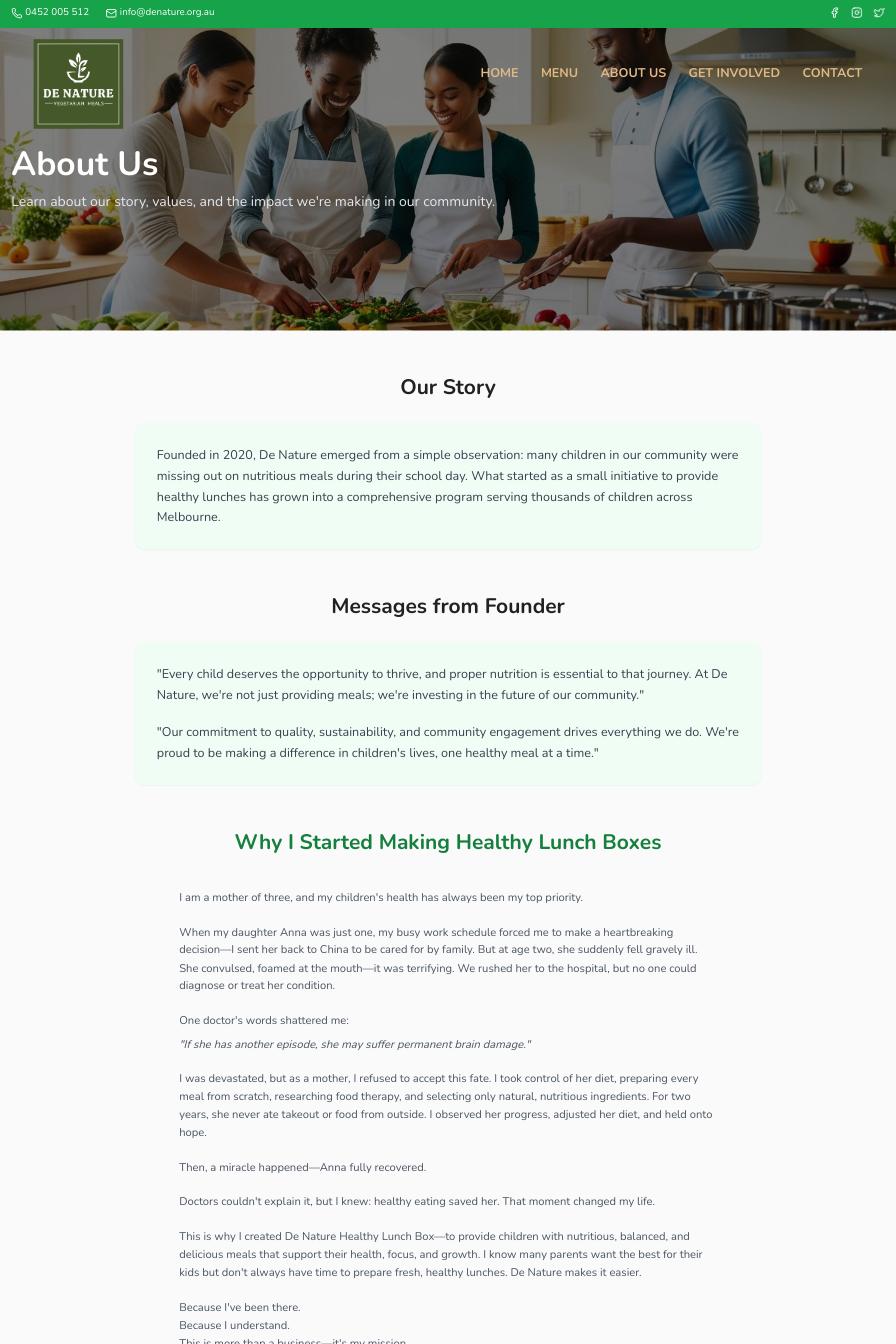
Repository: sunnyyan01/denature-website
Page: /about
These files come from the project's save history. The page is drawn as it stood at one moment and after the next save; the edit follows.
The browser window is 1280 px wide. The pictures show the part of the page from y = 0 to 1920 px (the page is 3072 px tall), at 70% of full size.
The project was rebuilt for these pictures with package versions that can differ from the ones it lists, and the page was loaded fresh each time. The framework's server and built-in components were replaced by stand-ins that run in the browser. Also part of the build but not shown: next.config.js.

Above is the page before, as saved 2025-05-14 20:59:20.

### src/app/layout.tsx
import type { Metadata } from "next";
import { Inter, Poppins } from "next/font/google";
import "./globals.css";
import Navbar from "@/components/Navbar";
import Footer from "@/components/Footer";
import { Phone, Mail, Facebook, Instagram, Twitter } from "lucide-react";

const inter = Inter({
  subsets: ["latin"],
  variable: '--font-inter',
});

const poppins = Poppins({
  weight: ['400', '500', '600', '700'],
  subsets: ['latin'],
  variable: '--font-poppins',
});

export const metadata: Metadata = {
  title: "DE NATURE - Sydney Lunch Program",
  description: "Providing nutritious meals to children in need across Sydney",
  verification: {
    google: "OqLlSQNFE1spUS93SXK13pK8N_CO4S7m2l7H1rPvJmY",
  },
  icons: {
    icon: '/favicon.ico',
    shortcut: '/favicon.ico',
  },
};

export default function RootLayout({
  children,
}: {
  children: React.ReactNode;
}) {
  return (
    <html lang="en">
      <body className={`${inter.variable} ${poppins.variable} font-sans bg-background text-text`}>
        {/* Social Info Bar - Fixed at top */}
        <div className="fixed top-0 left-0 right-0 z-50 bg-green-600">
          <div className="container mx-auto px-4 py-2">
            <div className="flex items-center justify-between text-sm">
              <div className="flex items-center space-x-6">
                <a href="tel:0452005512" className="text-white hover:text-primaryLight transition-colors group relative">
                  <Phone className="w-4 h-4 inline-block mr-1" />
                  0452 005 512
                  <span className="absolute -bottom-6 left-0 bg-black/80 text-white text-xs px-2 py-1 rounded opacity-0 group-hover:opacity-100 transition-opacity whitespace-nowrap">
                    Call Us
                  </span>
                </a>
                <a href="mailto:info@denature.org.au?v=2" className="text-white hover:text-primaryLight transition-colors group relative">
                  <Mail className="w-4 h-4 inline-block mr-1" />
                  info@denature.org.au
                  <span className="absolute -bottom-6 left-0 bg-black/80 text-white text-xs px-2 py-1 rounded opacity-0 group-hover:opacity-100 transition-opacity whitespace-nowrap">
                    Email Us
                  </span>
                </a>
              </div>
              <div className="flex items-center space-x-4">
                <a href="#" className="text-white hover:text-primaryLight transition-colors group relative">
                  <Facebook className="w-4 h-4" />
                  <span className="absolute -bottom-6 left-0 bg-black/80 text-white text-xs px-2 py-1 rounded opacity-0 group-hover:opacity-100 transition-opacity whitespace-nowrap">
                    Facebook
                  </span>
                </a>
                <a href="#" className="text-white hover:text-primaryLight transition-colors group relative">
                  <Instagram className="w-4 h-4" />
                  <span className="absolute -bottom-6 left-0 bg-black/80 text-white text-xs px-2 py-1 rounded opacity-0 group-hover:opacity-100 transition-opacity whitespace-nowrap">
                    Instagram
                  </span>
                </a>
                <a href="#" className="text-white hover:text-primaryLight transition-colors group relative">
                  <Twitter className="w-4 h-4" />
                  <span className="absolute -bottom-6 left-0 bg-black/80 text-white text-xs px-2 py-1 rounded opacity-0 group-hover:opacity-100 transition-opacity whitespace-nowrap">
                    Twitter
                  </span>
                </a>
              </div>
            </div>
          </div>
        </div>

        {/* Navigation and Content */}
        <div className="relative">
          <Navbar />
          <main>
            {children}
          </main>
        </div>

        <Footer />
      </body>
    </html>
  );
}

### src/app/about/page.tsx
import Image from 'next/image';

export default function AboutPage() {
  return (
    <main className="min-h-screen">
      {/* Hero Section */}
      <section className="relative h-[60vh]">
        <div className="absolute inset-0">
          <Image
            src="/about-hero.jpg"
            alt="About Us Hero"
            fill
            className="object-cover"
            priority
          />
          <div className="absolute inset-0 bg-black/50"></div>
        </div>
        <div className="relative container mx-auto px-4 h-full flex items-center">
          <div className="max-w-3xl text-white space-y-4">
            <h1 className="text-5xl font-bold font-heading">About Us</h1>
            <p className="text-xl text-gray-200">
              Learn about our story, values, and the impact we're making in our community.
            </p>
          </div>
        </div>
      </section>

      {/* Main Content */}
      <div className="container mx-auto px-4 py-16">
        <div className="max-w-4xl mx-auto">
          {/* Our Story Section */}
          <section className="mb-16">
            <h2 className="text-3xl font-bold mb-8 text-center">Our Story</h2>
            <div className="bg-[#F0FDF4] p-8 rounded-lg shadow-sm">
              <p className="text-lg text-gray-700 leading-relaxed">
                Founded in 2020, De Nature emerged from a simple observation: many children in our community were missing out on nutritious meals during their school day. What started as a small initiative to provide healthy lunches has grown into a comprehensive program serving thousands of children across Melbourne.
              </p>
            </div>
          </section>

          {/* Messages from Founder Section */}
          <section className="mb-16">
            <h2 className="text-3xl font-bold mb-8 text-center">Messages from Founder</h2>
            <div className="bg-[#F0FDF4] p-8 rounded-lg shadow-sm">
              <p className="text-lg text-gray-700 leading-relaxed mb-6">
                "Every child deserves the opportunity to thrive, and proper nutrition is essential to that journey. At De Nature, we're not just providing meals; we're investing in the future of our community."
              </p>
              <p className="text-lg text-gray-700 leading-relaxed">
                "Our commitment to quality, sustainability, and community engagement drives everything we do. We're proud to be making a difference in children's lives, one healthy meal at a time."
              </p>
            </div>
          </section>

          {/* Why I Started Section */}
          <section className="mb-16">
            <div className="container mx-auto px-4">
              <h2 className="text-3xl font-bold text-center mb-12 text-green-700">
                Why I Started Making Healthy Lunch Boxes
              </h2>
              <div className="max-w-3xl mx-auto text-gray-600 space-y-6">
                <p>
                  I am a mother of three, and my children's health has always been my top priority.
                </p>
                <p>
                  When my daughter Anna was just one, my busy work schedule forced me to make a heartbreaking decision—I sent her back to China to be cared for by family. But at age two, she suddenly fell gravely ill. She convulsed, foamed at the mouth—it was terrifying. We rushed her to the hospital, but no one could diagnose or treat her condition.
                </p>
                <p>
                  One doctor's words shattered me:
                  <span className="block italic mt-2">"If she has another episode, she may suffer permanent brain damage."</span>
                </p>
                <p>
                  I was devastated, but as a mother, I refused to accept this fate. I took control of her diet, preparing every meal from scratch, researching food therapy, and selecting only natural, nutritious ingredients. For two years, she never ate takeout or food from outside. I observed her progress, adjusted her diet, and held onto hope.
                </p>
                <p>
                  Then, a miracle happened—Anna fully recovered.
                </p>
                <p>
                  Doctors couldn't explain it, but I knew: healthy eating saved her. That moment changed my life.
                </p>
                <p>
                  This is why I created De Nature Healthy Lunch Box—to provide children with nutritious, balanced, and delicious meals that support their health, focus, and growth. I know many parents want the best for their kids but don't always have time to prepare fresh, healthy lunches. De Nature makes it easier.
                </p>
                <p>
                  Because I've been there.
                  <br />
                  Because I understand.
                  <br />
                  This is more than a business—it's my mission.
                </p>
              </div>
            </div>
          </section>

          {/* Sydney Lunch Program Section */}
          <section className="py-16 bg-white">
            <div className="container mx-auto px-4">
              <h2 className="text-3xl font-bold text-center mb-12 text-green-700">
                Sydney Lunch Program – Providing Nutritional and Delicious Meals for Children
              </h2>
              <div className="max-w-3xl mx-auto space-y-8">
                <div>
                  <h3 className="text-xl font-semibold mb-4 text-green-700">Project Overview:</h3>
                  <p>
                    In Sydney, many children from low-income and refugee families struggle to access balanced and diverse meals due to the high cost of living. We aim to provide these children with healthy, delicious lunches, helping them stay focused on learning and activities.
                  </p>
                </div>

                <div>
                  <h3 className="text-xl font-semibold mb-4 text-green-700">Our Goal:</h3>
                  <ul className="list-disc pl-6 space-y-2">
                    <li>To provide low-income, refugee, and special education school children with nutritious, varied, and delicious meals.</li>
                    <li>By offering diverse meals, we aim to improve children's physical health and academic performance.</li>
                  </ul>
                </div>

                <div>
                  <h3 className="text-xl font-semibold mb-4 text-green-700">Target Groups:</h3>
                  <ul className="list-disc pl-6 space-y-2">
                    <li>Children from low-income families</li>
                    <li>Children from refugee families</li>
                    <li>Special education students</li>
                  </ul>
                </div>

                <div>
                  <h3 className="text-xl font-semibold mb-4 text-green-700">How You Can Help:</h3>
                  <ul className="list-disc pl-6 space-y-2">
                    <li><span className="font-semibold">Donate Vegetables and Ingredients:</span> We invite organizations to donate fresh vegetables and food supplies to help us provide nutritious meals for children.</li>
                    <li><span className="font-semibold">Volunteer:</span> Join our team of volunteers and contribute your time and effort to support the program.</li>
                    <li><span className="font-semibold">Spread the Word:</span> Share the project to help us reach more supporters and participants.</li>
                  </ul>
                </div>

                <p className="text-center font-semibold mt-8">
                  Your support can make a lasting impact on these children's future!
                </p>
              </div>
            </div>
          </section>
        </div>
      </div>
    </main>
  );
}

### src/app/globals.css
@import url('https://fonts.googleapis.com/css2?family=Nunito:wght@300;400;500;600;700&display=swap');

@tailwind base;
@tailwind components;
@tailwind utilities;

:root {
  /* 主色调 */
  --color-primary: #4A7C59;      /* 深绿色 */
  --color-primary-light: #6B9B7D; /* 浅绿色 */
  --color-primary-lighter: #E8F3ED; /* 最浅绿色 */

  /* 中性色 */
  --color-neutral-50: #FAFAFA;
  --color-neutral-100: #F5F5F5;
  --color-neutral-200: #EEEEEE;
  --color-neutral-300: #E0E0E0;
  --color-neutral-400: #BDBDBD;
  --color-neutral-500: #9E9E9E;
  --color-neutral-600: #757575;
  --color-neutral-700: #616161;
  --color-neutral-800: #424242;
  --color-neutral-900: #212121;

  /* 强调色 */
  --color-accent: #F5B971;       /* 温暖的米色 */
  --color-accent-light: #F9D5A7; /* 浅米色 */

  /* 功能色 */
  --color-success: #4CAF50;
  --color-warning: #FFC107;
  --color-error: #F44336;

  /* 字体 */
  --font-primary: 'Nunito', sans-serif;

  /* 间距 */
  --spacing-xs: 0.25rem;   /* 4px */
  --spacing-sm: 0.5rem;    /* 8px */
  --spacing-md: 1rem;      /* 16px */
  --spacing-lg: 1.5rem;    /* 24px */
  --spacing-xl: 2rem;      /* 32px */
  --spacing-2xl: 3rem;     /* 48px */
  --spacing-3xl: 4rem;     /* 64px */

  /* 圆角 */
  --radius-sm: 0.25rem;    /* 4px */
  --radius-md: 0.5rem;     /* 8px */
  --radius-lg: 1rem;       /* 16px */
  --radius-full: 9999px;

  /* 阴影 */
  --shadow-sm: 0 1px 2px 0 rgb(0 0 0 / 0.05);
  --shadow-md: 0 4px 6px -1px rgb(0 0 0 / 0.1);
  --shadow-lg: 0 10px 15px -3px rgb(0 0 0 / 0.1);
}

@layer base {
  html {
    font-family: var(--font-primary);
    color: var(--color-neutral-900);
    background-color: var(--color-neutral-50);
  }

  h1, h2, h3, h4, h5, h6 {
    font-weight: 700;
    line-height: 1.2;
  }

  h1 {
    font-size: 2.5rem; /* 40px */
    @screen md {
      font-size: 3.5rem; /* 56px */
    }
  }

  h2 {
    font-size: 2rem; /* 32px */
    @screen md {
      font-size: 2.5rem; /* 40px */
    }
  }

  h3 {
    font-size: 1.5rem; /* 24px */
    @screen md {
      font-size: 2rem; /* 32px */
    }
  }

  p {
    line-height: 1.6;
  }
}

@layer components {
  .container {
    @apply max-w-7xl mx-auto px-4 sm:px-6 lg:px-8;
  }

  .btn {
    @apply inline-flex items-center justify-center px-6 py-3 rounded-lg font-semibold transition-colors duration-200;
  }

  .btn-primary {
    @apply bg-[var(--color-primary)] text-white hover:bg-[var(--color-primary-light)];
  }

  .btn-secondary {
    @apply bg-[var(--color-accent)] text-[var(--color-neutral-900)] hover:bg-[var(--color-accent-light)];
  }

  .btn-outline {
    @apply border-2 border-[var(--color-primary)] text-[var(--color-primary)] hover:bg-[var(--color-primary-lighter)];
  }

  .card {
    @apply bg-white rounded-lg shadow-md overflow-hidden;
  }

  .section {
    @apply py-16 md:py-24;
  }

  .section-title {
    @apply text-3xl md:text-4xl font-bold text-center mb-12;
  }

  .hero {
    @apply relative h-[80vh] md:h-screen flex items-center;
  }

  .hero-content {
    @apply relative z-10 text-center max-w-4xl mx-auto px-4;
  }

  .hero-image {
    @apply absolute inset-0 w-full h-full object-cover;
  }

  .hero-overlay {
    @apply absolute inset-0 bg-black/30;
  }
}

/* 自定义动画 */
@keyframes fadeIn {
  from {
    opacity: 0;
    transform: translateY(10px);
  }
  to {
    opacity: 1;
    transform: translateY(0);
  }
}

.animate-fade-in {
  animation: fadeIn 0.6s ease-out forwards;
}

/* 响应式图片容器 */
.image-container {
  @apply relative aspect-[4/3] md:aspect-[16/9] overflow-hidden rounded-lg;
}

.image-container img {
  @apply absolute inset-0 w-full h-full object-cover transition-transform duration-500;
}

.image-container:hover img {
  @apply scale-105;
}

/* 网格布局 */
.grid-auto-fit {
  @apply grid grid-cols-1 md:grid-cols-2 lg:grid-cols-3 gap-6 md:gap-8;
}

/* 文本样式 */
.text-gradient {
  @apply bg-clip-text text-transparent bg-gradient-to-r from-[var(--color-primary)] to-[var(--color-primary-light)];
}

.text-balance {
  text-wrap: balance;
}

/* 导航样式 */
.nav-link {
  @apply text-[var(--color-neutral-700)] hover:text-[var(--color-primary)] transition-colors duration-200;
}

.nav-link-active {
  @apply text-[var(--color-primary)] font-semibold;
}

/* 页脚样式 */
.footer {
  @apply bg-[var(--color-neutral-900)] text-white py-16;
}

.footer-title {
  @apply text-xl font-semibold mb-4;
}

.footer-link {
  @apply text-[var(--color-neutral-400)] hover:text-white transition-colors duration-200;
}

/* 表单样式 */
.form-input {
  @apply w-full px-4 py-2 rounded-lg border border-[var(--color-neutral-300)] focus:border-[var(--color-primary)] focus:ring-2 focus:ring-[var(--color-primary-lighter)] outline-none transition-colors duration-200;
}

.form-label {
  @apply block text-sm font-medium text-[var(--color-neutral-700)] mb-1;
}

/* 菜单卡片样式 */
.menu-card {
  @apply bg-white rounded-lg shadow-md overflow-hidden transition-transform duration-300 hover:shadow-lg hover:-translate-y-1;
}

.menu-card-image {
  @apply relative aspect-[4/3] w-full;
}

.menu-card-content {
  @apply p-6;
}

.menu-card-title {
  @apply text-xl font-semibold text-[var(--color-neutral-900)] mb-2;
}

.menu-card-description {
  @apply text-[var(--color-neutral-600)] text-sm;
}

/* 特色部分样式 */
.feature-grid {
  @apply grid grid-cols-1 md:grid-cols-2 lg:grid-cols-4 gap-8;
}

.feature-item {
  @apply text-center p-6;
}

.feature-icon {
  @apply w-16 h-16 mx-auto mb-4 text-[var(--color-primary)];
}

.feature-title {
  @apply text-lg font-semibold mb-2;
}

.feature-description {
  @apply text-[var(--color-neutral-600)];
}

### src/components/Footer.tsx
'use client';

export default function Footer() {
  const currentYear = new Date().getFullYear();

  return (
    <footer className="bg-green-600 text-white">
      <div className="border-t border-[#FFD700]/30 py-4">
        <div className="container mx-auto px-4">
          <div className="text-center text-sm text-white">
            <p>© 2025 DENATURE HEALTH LIMITED | ALL RIGHTS RESERVED</p>
            <p>ABN: 95685633694</p>
          </div>
        </div>
      </div>
    </footer>
  );
}

Loaded but not shown: tailwind.config.js (104 lines, source omitted); src/components/Navbar.tsx (232 lines, source omitted)

After the next save:
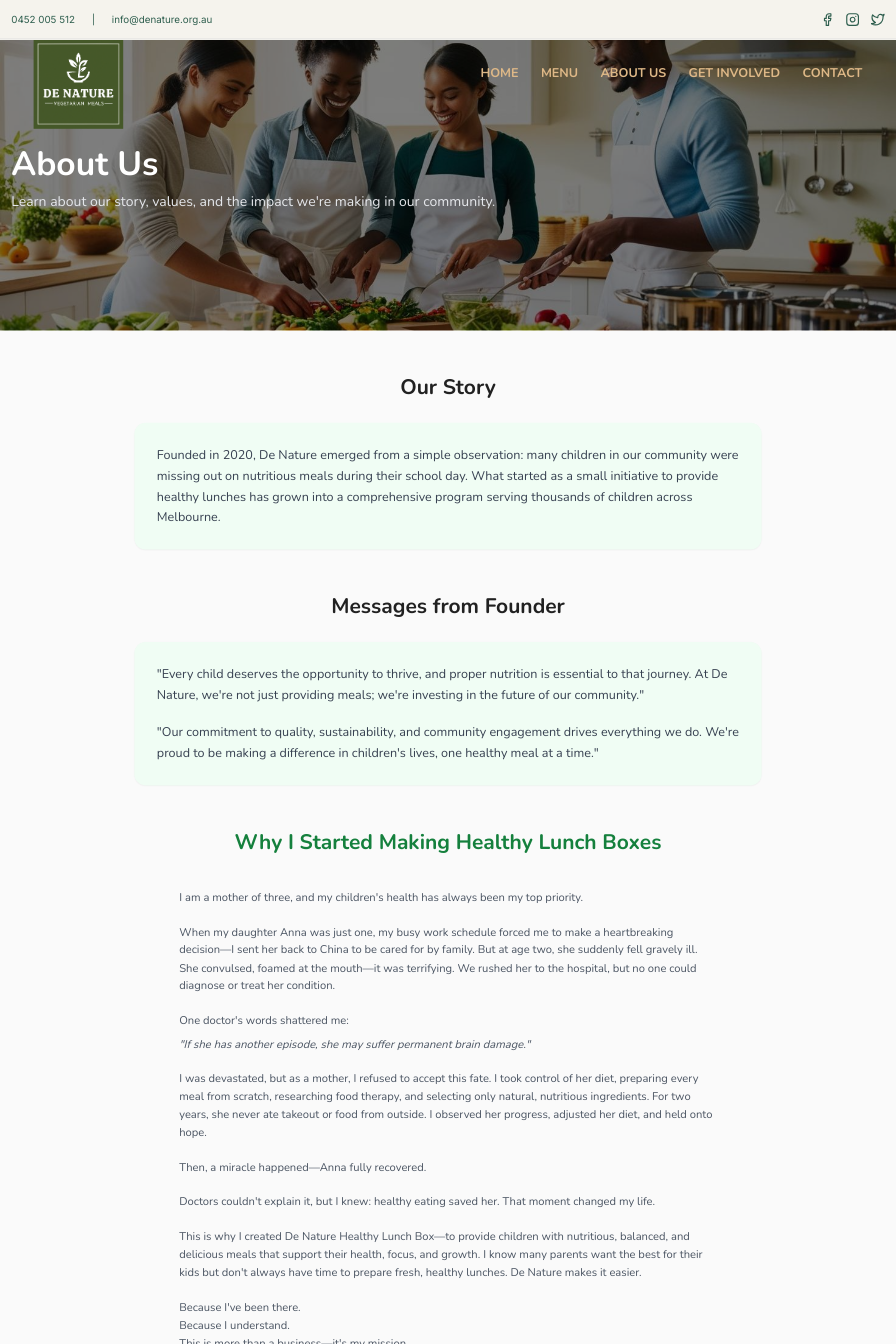
Saved 2 min 1 s later.
--- a/src/app/layout.tsx
+++ b/src/app/layout.tsx
@@ -3,7 +3,8 @@
 import "./globals.css";
 import Navbar from "@/components/Navbar";
 import Footer from "@/components/Footer";
-import { Phone, Mail, Facebook, Instagram, Twitter } from "lucide-react";
+import { Phone, Mail } from "lucide-react";
+import { FiFacebook, FiInstagram, FiTwitter } from 'react-icons/fi';
 
 const inter = Inter({
   subsets: ["latin"],
@@ -36,46 +37,34 @@
   return (
     <html lang="en">
       <body className={`${inter.variable} ${poppins.variable} font-sans bg-background text-text`}>
-        {/* Social Info Bar - Fixed at top */}
-        <div className="fixed top-0 left-0 right-0 z-50 bg-green-600">
-          <div className="container mx-auto px-4 py-2">
-            <div className="flex items-center justify-between text-sm">
-              <div className="flex items-center space-x-6">
-                <a href="tel:0452005512" className="text-white hover:text-primaryLight transition-colors group relative">
-                  <Phone className="w-4 h-4 inline-block mr-1" />
-                  0452 005 512
-                  <span className="absolute -bottom-6 left-0 bg-black/80 text-white text-xs px-2 py-1 rounded opacity-0 group-hover:opacity-100 transition-opacity whitespace-nowrap">
-                    Call Us
-                  </span>
-                </a>
-                <a href="mailto:info@denature.org.au?v=2" className="text-white hover:text-primaryLight transition-colors group relative">
-                  <Mail className="w-4 h-4 inline-block mr-1" />
-                  info@denature.org.au
-                  <span className="absolute -bottom-6 left-0 bg-black/80 text-white text-xs px-2 py-1 rounded opacity-0 group-hover:opacity-100 transition-opacity whitespace-nowrap">
-                    Email Us
-                  </span>
-                </a>
-              </div>
-              <div className="flex items-center space-x-4">
-                <a href="#" className="text-white hover:text-primaryLight transition-colors group relative">
-                  <Facebook className="w-4 h-4" />
-                  <span className="absolute -bottom-6 left-0 bg-black/80 text-white text-xs px-2 py-1 rounded opacity-0 group-hover:opacity-100 transition-opacity whitespace-nowrap">
-                    Facebook
-                  </span>
-                </a>
-                <a href="#" className="text-white hover:text-primaryLight transition-colors group relative">
-                  <Instagram className="w-4 h-4" />
-                  <span className="absolute -bottom-6 left-0 bg-black/80 text-white text-xs px-2 py-1 rounded opacity-0 group-hover:opacity-100 transition-opacity whitespace-nowrap">
-                    Instagram
-                  </span>
-                </a>
-                <a href="#" className="text-white hover:text-primaryLight transition-colors group relative">
-                  <Twitter className="w-4 h-4" />
-                  <span className="absolute -bottom-6 left-0 bg-black/80 text-white text-xs px-2 py-1 rounded opacity-0 group-hover:opacity-100 transition-opacity whitespace-nowrap">
-                    Twitter
-                  </span>
-                </a>
-              </div>
+        {/* 顶部社交信息栏 */}
+        <div
+          className="fixed top-0 left-0 right-0 z-50"
+          style={{
+            background: '#F5F3ED',
+            height: '56px',
+            borderBottom: '1px solid #E0E0E0',
+            fontFamily: "'Inter', 'Lato', sans-serif",
+          }}
+        >
+          <div className="container flex items-center justify-between h-full px-4">
+            {/* 联系方式 */}
+            <div className="flex items-center space-x-6 text-[#2E5E4E] text-sm">
+              <a href="tel:0452005512" className="hover:underline">0452 005 512</a>
+              <span className="hidden sm:inline">|</span>
+              <a href="mailto:info@denature.org.au" className="hover:underline">info@denature.org.au</a>
+            </div>
+            {/* 社交图标 */}
+            <div className="flex items-center space-x-4">
+              <a href="#" className="text-[#2E5E4E] hover:text-[#4A7C59]">
+                <FiFacebook className="w-5 h-5" />
+              </a>
+              <a href="#" className="text-[#2E5E4E] hover:text-[#4A7C59]">
+                <FiInstagram className="w-5 h-5" />
+              </a>
+              <a href="#" className="text-[#2E5E4E] hover:text-[#4A7C59]">
+                <FiTwitter className="w-5 h-5" />
+              </a>
             </div>
           </div>
         </div>
